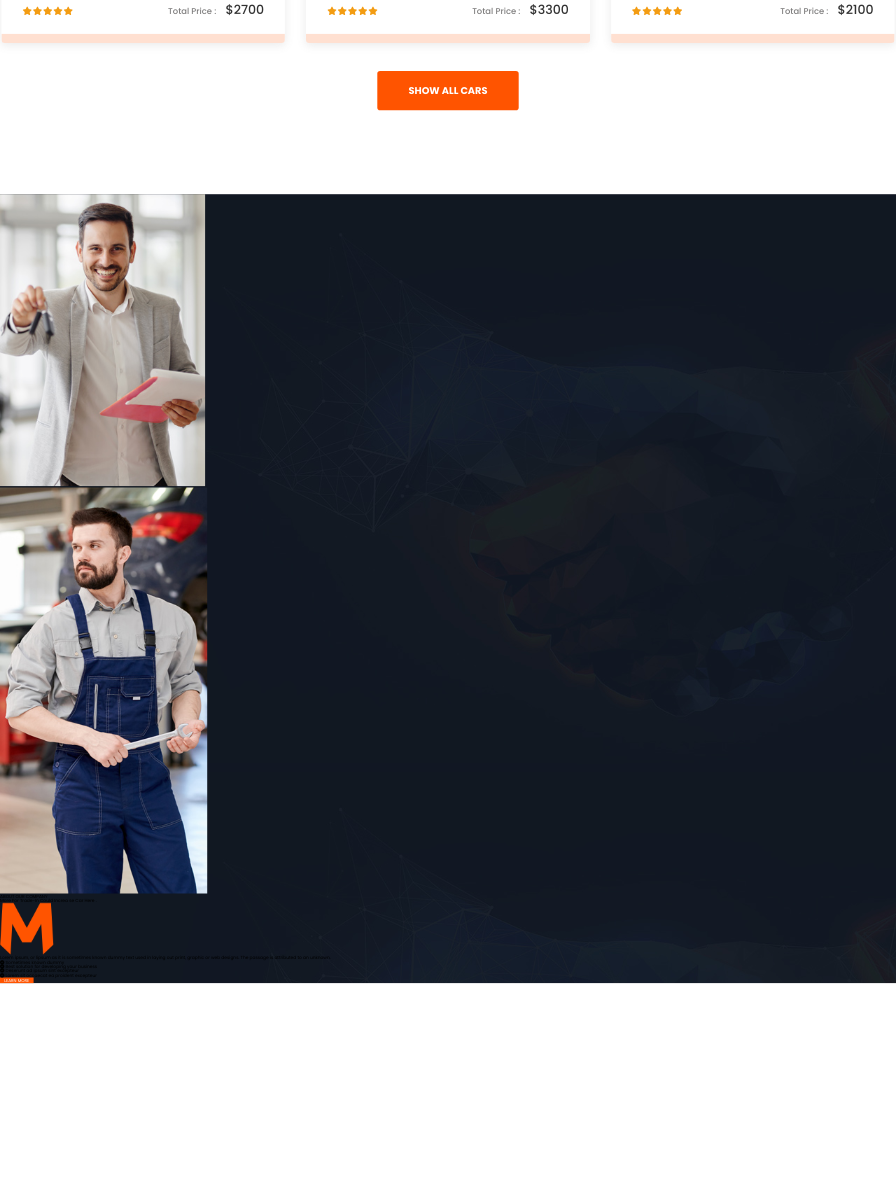
Repository: thanhdinh01/shopcar
Page: index.html
An editor plug-in stored every save of this project. The page is shown before and after the next save, followed by the edit.
The browser window is 1280 px wide. The pictures show the part of the page from y = 2659 to 4579 px (the page is 4363 px tall before and 4603 px after), at 70% of full size.
Some web libraries are served in a nearby version. The style sheet was rebuilt from its Sass, Less or Tailwind sources for each picture, by a compiler version that may differ from the author's.

Above is the page before, as saved 2022-08-17 20:41:35.

### index.html
<!DOCTYPE html>
<html lang="en">
  <head>
    <meta charset="UTF-8" />
    <meta http-equiv="X-UA-Compatible" content="IE=edge" />
    <meta name="viewport" content="width=device-width, initial-scale=1.0" />
    <title>Increase follower on social media</title>
    <link
      rel="stylesheet"
      href="https://cdnjs.cloudflare.com/ajax/libs/font-awesome/6.1.2/css/all.min.css"
      integrity="sha512-1sCRPdkRXhBV2PBLUdRb4tMg1w2YPf37qatUFeS7zlBy7jJI8Lf4VHwWfZZfpXtYSLy85pkm9GaYVYMfw5BC1A=="
      crossorigin="anonymous"
      referrerpolicy="no-referrer"
    />
    <link
      href="https://fonts.googleapis.com/css2?family=Poppins:wght@300;400;500;600;700;900&display=swap"
      rel="stylesheet"
    />
    <link rel="stylesheet" href="./css/style.css" />
  </head>

  <body>
    <div class="main">
      <!-- HEADER -->
      <header class="header">
        <div class="header-top">
          <div class="container">
            <div class="header-top-container dflex">
              <ul class="header-top-left">
                <li>
                  <i class="fa-regular fa-envelope"></i>
                  <p>thanhdinhduy@support.com</p>
                </li>
                <li>
                  <i class="fa-regular fa-clock"></i>
                  <p>10:00 AM To 5:00 PM</p>
                </li>
              </ul>
              <ul class="header-top-right">
                <li class="header-contact">
                  <a href="#"><i class="fa-brands fa-square-facebook"></i></a>
                  <a href="#"><i class="fa-brands fa-square-twitter"></i></a>
                  <a href="#"><i class="fa-brands fa-square-vimeo"></i></a>
                  <a href="#"><i class="fa-brands fa-linkedin"></i></a>
                </li>
                <li class="header-login">
                  <a href="#" class="login">
                    <i class="fa-regular fa-circle-user"></i> LOGIN
                  </a>
                  <a href="#" class="logup"> REGISTER </a>
                </li>
              </ul>
            </div>
          </div>
        </div>
        <div class="header-navigation">
          <div class="container p15 dflex">
            <div class="nav-logo">
              <a href="#" class="logo-link">
                <img
                  class="logo-header-img"
                  src="./images/header/logo.png"
                  alt="logo"
                />
              </a>
            </div>
            <div class="nav-total dflex">
              <ul class="nav-list dflex">
                <li class="nav-item active">
                  <a href="#">HOME</a>
                </li>
                <li class="nav-item">
                  <a href="#">INVENTORY </a>
                  <ul class="sub-list">
                    <li class="sub-item">
                      <a href="#">Inventory List</a>
                    </li>
                    <li class="sub-item">
                      <a href="#">Inventory Details</a>
                    </li>
                  </ul>
                </li>
                <li class="nav-item">
                  <a href="#">PAGES</a>
                  <ul class="sub-list">
                    <li class="sub-item">
                      <a href="#">About us</a>
                    </li>
                    <li class="sub-item">
                      <a href="#">Loan Calculator</a>
                    </li>
                    <li class="sub-item">
                      <a href="#">Login Page</a>
                    </li>
                  </ul>
                </li>
                <li class="nav-item">
                  <a href="#">BLOG</a>
                  <ul class="sub-list">
                    <li class="sub-item">
                      <a href="#">Our Blog</a>
                    </li>
                    <li class="sub-item">
                      <a href="#">Blog Details</a>
                    </li>
                  </ul>
                </li>
                <li class="nav-item">
                  <a href="#">DEALERS</a>
                </li>
                <li class="nav-item">
                  <a href="#">CONTACT</a>
                </li>
              </ul>
              <ul class="nav-interact dflex">
                <li class="cart">
                  <a href="#" class="cart-link">
                    <i class="fa-solid fa-basket-shopping"></i>
                  </a>
                  <div class="cart-quantity">4</div>
                  <div class="cart-wrap">
                    <div class="cart-top">
                      <div class="cart-item">
                        <a href="#" class="product-img">
                          <img
                            src="./images/latest-car/t_released_cars_thumb01.jpg"
                            alt=""
                          />
                        </a>
                        <div class="product-desc">
                          <a href="#" class="product-title"
                            >Mercedes-Benz GLE Coupe</a
                          >
                          <span class="product-price">$299</span>
                        </div>
                        <div class="delete-item">
                          <i class="fa-regular fa-trash-can"></i>
                        </div>
                      </div>
                      <div class="cart-item">
                        <a href="#" class="product-img">
                          <img
                            src="./images/latest-car/t_released_cars_thumb02.jpg"
                            alt=""
                          />
                        </a>
                        <div class="product-desc">
                          <a href="#" class="product-title">
                            Mercedes-Benz GLE Coupe
                          </a>
                          <span class="product-price">$299</span>
                        </div>
                        <div class="delete-item">
                          <i class="fa-regular fa-trash-can"></i>
                        </div>
                      </div>
                      <div class="cart-item">
                        <a href="#" class="product-img">
                          <img
                            src="./images/latest-car/t_released_cars_thumb03.jpg"
                            alt=""
                          />
                        </a>
                        <div class="product-desc">
                          <a href="#" class="product-title"
                            >Mercedes-Benz GLE Coupe Benz GLE Coupe</a
                          >
                          <span class="product-price">$299</span>
                        </div>
                        <div class="delete-item">
                          <i class="fa-regular fa-trash-can"></i>
                        </div>
                      </div>
                      <div class="cart-item">
                        <a href="#" class="product-img">
                          <img
                            src="./images/latest-car/t_released_cars_thumb04.jpg"
                            alt=""
                          />
                        </a>
                        <div class="product-desc">
                          <a href="#" class="product-title"
                            >Mercedes-Benz GLE Coupe</a
                          >
                          <span class="product-price">$299</span>
                        </div>
                        <div class="delete-item">
                          <i class="fa-regular fa-trash-can"></i>
                        </div>
                      </div>
                    </div>
                    <div class="cart-bottom">
                      <div class="cart-bottom-price">
                        <p>Total</p>
                        <span>$1000</span>
                      </div>
                      <div class="cart-bottom-buying">
                        <button class="button buy-now">SHOPPING CART</button>
                        <button class="button check-out">CHECK OUT</button>
                      </div>
                    </div>
                  </div>
                </li>
                <li class="quote">
                  <button class="button">GET A QUOTE</button>
                </li>
                <li class="search">
                  <i class="fa-solid fa-magnifying-glass search-toggle"></i>
                </li>
              </ul>
            </div>
          </div>
        </div>
        <div class="search-active">
          <input
            type="text"
            name=""
            id=""
            class="input-search"
            placeholder="Type here..."
          />
          <button class="search-icon">
            <i class="fa-solid fa-magnifying-glass"></i>
          </button>
        </div>
        <div class="header-main">
          <img src="./images/header/slider_content_icon.png" alt="" />
          <p class="mission">
            <i class="fa-solid fa-circle"></i>
            YOUR TRUST OUR ASSET
            <i class="fa-solid fa-circle"></i>
          </p>
          <h1 class="heading">FIND PERFECT CAR</h1>
          <p class="title">
            A car dealership, or vehicle local distribution, is a business
          </p>
          <button class="button button-header">FIND IT NOW</button>
        </div>
        <div class="header-selection">
          <div class="container-normal">
            <ul class="select-list">
              <li class="select-item">
                <div class="dropdown-select">
                  <span class="text-selected">Select Model</span>
                  <i class="fa-solid fa-angle-down"></i>
                </div>
                <ul class="dropdown-list">
                  <li class="dropdown-item">
                    <span class="dropdown-text">Select Model</span>
                  </li>
                  <li class="dropdown-item">
                    <span class="dropdown-text">Mercedes-Benz</span>
                  </li>
                  <li class="dropdown-item">
                    <span class="dropdown-text">Volkswagen</span>
                  </li>
                  <li class="dropdown-item">
                    <span class="dropdown-text">Aston-Martin</span>
                  </li>
                  <li class="dropdown-item">
                    <span class="dropdown-text">Lamboghini</span>
                  </li>
                  <li class="dropdown-item">
                    <span class="dropdown-text">Koenigsegg</span>
                  </li>
                </ul>
              </li>
              <li class="select-item">
                <div class="dropdown-select">
                  <span class="text-selected">Select Model</span>
                  <i class="fa-solid fa-angle-down"></i>
                </div>
                <ul class="dropdown-list">
                  <li class="dropdown-item">
                    <span class="dropdown-text"> Select Model</span>
                  </li>
                  <li class="dropdown-item">
                    <span class="dropdown-text">Volkswagen SC20</span>
                  </li>
                  <li class="dropdown-item">
                    <span class="dropdown-text">Honda CBR9</span>
                  </li>
                  <li class="dropdown-item">
                    <span class="dropdown-text">Aston K3518</span>
                  </li>
                  <li class="dropdown-item">
                    <span class="dropdown-text">BMW SC20</span>
                  </li>
                  <li class="dropdown-item">
                    <span class="dropdown-text">Toyota 186LM</span>
                  </li>
                </ul>
              </li>
              <li class="select-item">
                <div class="dropdown-select">
                  <span class="text-selected">Select Model</span>
                  <i class="fa-solid fa-angle-down"></i>
                </div>
                <ul class="dropdown-list">
                  <li class="dropdown-item">
                    <span class="dropdown-text">Select Model</span>
                  </li>
                  <li class="dropdown-item">
                    <span class="dropdown-text">SORN Status</span>
                  </li>
                  <li class="dropdown-item">
                    <span class="dropdown-text">Fuel Type</span>
                  </li>
                  <li class="dropdown-item">
                    <span class="dropdown-text">Last Log Book</span>
                  </li>
                  <li class="dropdown-item">
                    <span class="dropdown-text">MOT Expires</span>
                  </li>
                  <li class="dropdown-item">
                    <span class="dropdown-text">Vehicle TAX</span>
                  </li>
                </ul>
              </li>
              <li class="select-item">
                <div class="dropdown-select">
                  <span class="text-selected">Select Model</span>
                  <i class="fa-solid fa-angle-down"></i>
                </div>
                <ul class="dropdown-list">
                  <li class="dropdown-item">
                    <span class="dropdown-text">Select Model</span>
                  </li>
                  <li class="dropdown-item">
                    <span class="dropdown-text">BMW 7 Series</span>
                  </li>
                  <li class="dropdown-item">
                    <span class="dropdown-text">Mercedes-Benz</span>
                  </li>
                  <li class="dropdown-item">
                    <span class="dropdown-text">Volkswagen</span>
                  </li>
                  <li class="dropdown-item">
                    <span class="dropdown-text">Aston-Martin</span>
                  </li>
                  <li class="dropdown-item">
                    <span class="dropdown-text">Lamboghini</span>
                  </li>
                  <li class="dropdown-item">
                    <span class="dropdown-text">Koenigsegg</span>
                  </li>
                </ul>
              </li>
              <button class="button select-car">SELECT VEHICLE</button>
            </ul>
          </div>
        </div>
      </header>
      <!-- Features area -->
      <div class="features-area">
        <div class="container-normal">
          <div class="features-container dflex">
            <div class="features-item">
              <div class="features-img">
                <img src="./images/featured/features-icon.png" alt="" />
              </div>
              <h3 class="features-title">Dealership Points</h3>
              <p class="features-desc">
                Placlder text commonly is used detrate theys visual consectetur
                ading elitmod use
              </p>
            </div>
            <div class="features-item">
              <div class="features-img">
                <img src="./images/featured/h3_features_icon02.png" alt="" />
              </div>
              <h3 class="features-title">Trusted by clients</h3>
              <p class="features-desc">
                Placlder text commonly is used detrate theys visual consectetur
                ading elitmod use
              </p>
            </div>
            <div class="features-item">
              <div class="features-img">
                <img src="./images/featured/h3_features_icon03.png" alt="" />
              </div>
              <h3 class="features-title">We are your location</h3>
              <p class="features-desc">
                Placlder text commonly is used detrate theys visual consectetur
                ading elitmod use
              </p>
            </div>
            <div class="features-item">
              <div class="features-img">
                <img src="./images/featured/h3_features_icon04.png" alt="" />
              </div>
              <h3 class="features-title">Easy Financing</h3>
              <p class="features-desc">
                Placlder text commonly is used detrate theys visual consectetur
                ading elitmod use
              </p>
            </div>
          </div>
        </div>
      </div>
      <!-- Release cars -->
      <div class="release-cars">
        <div class="container-normal">
          <div class="release-car-container">
            <div class="release-title">
              <div class="title-blur">All Seller</div>
              <span>OUR FEATURED CARS</span>
              <h2>Latest Released Cars</h2>
            </div>
            <div class="menu-car">
              <div class="menu-control">
                <button class="button btn-menu-car active" data-type="all">
                  ALL SELLER
                </button>
                <button class="button btn-menu-car" data-type="newcar">
                  NEW CARS
                </button>
                <button class="button btn-menu-car" data-type="usedcar">
                  USED CARS
                </button>
              </div>
              <ul class="car-list"></ul>
            </div>
          </div>
          <div class="car-show-btn">
            <button class="button">SHOW ALL CARS</button>
          </div>
        </div>
      </div>
      <!-- About area -->
      <div class="about-area">
        <div class="about-area-img">
          <div class="img-item">
            <img src="./images/about-company/about_img01.jpg" alt="" />
          </div>
          <div class="img-item">
            <img src="./images/about-company/about_img02.jpg" alt="" />
          </div>
        </div>
        <div class="about-area-container">
          <div class="about-content">
            <div class="about-heading">
              <p>ABOUT OUR COMPANY</p>
              <h2>More For Trade-In Could Increa se Car Here <span>.</span></h2>
            </div>
            <div class="about-desc">
              <img src="./images/about-company/m.png" alt="" />
              <p>
                Lorem ipsum, or lipsum as it is sometimes known dummy text used
                in laying out print, graphic or web designs. The passage is
                attributed to an unknown.
              </p>
            </div>
            <ul class="about-list">
              <li class="list-item">
                <i class="fa-solid fa-circle-check"></i>
                Sometimes known dummy
              </li>
              <li class="list-item">
                <i class="fa-solid fa-circle-check"></i>
                Best solution for developing your business
              </li>
              <li class="list-item">
                <i class="fa-solid fa-circle-check"></i>
                Deserunt ad ipsum sint excepteur
              </li>
              <li class="list-item">
                <i class="fa-solid fa-circle-check"></i>
                Lorem sit occaecat ea proident excepteur
              </li>
            </ul>
            <button class="button btn-about-area">LEARN MORE</button>
          </div>
        </div>
      </div>
    </div>
    <!-- javasript -->
    <script src="./js/app.js"></script>
    <!-- modal -->
  </body>
</html>

### css/style.scss
@import "reset";
@import "animation";
@import "variables";
@import "global";
@import "modal";
@import "header";
@import "features-area";
@import "release-car";
@import "about-area";

### css/_animation.scss
@keyframes fadeInUp {
  0% {
    opacity: 0;
    transform: translateY(20px);
  }
  100% {
    opacity: 1;
    transform: translateY(0);
  }
}
@keyframes opacityUp {
  0% {
    opacity: 0;
    transform: translateY(-20px);
  }
  100% {
    opacity: 1;
    transform: translateY(0);
  }
}
@keyframes fadeIn {
  0% {
    opacity: 0;
  }
  100% {
    opacity: 1;
  }
}
@keyframes fadeInModal {
  0% {
    opacity: 0;
    transform: translateY(-300px);
  }
  100% {
    opacity: 1;
    transform: translateY(0);
  }
}

@keyframes shine {
  100% {
    left: 125%;
  }
}
@keyframes scaleUp {
  0% {
    opacity: 0;
    transform: scale(0.4);
  }
  100% {
    opacity: 1;
    transform: scale(1);
  }
}

### css/_variables.scss
$primaryColor: #ff5400;
$blackColor: #000;
$whiteColor: #fff;
$textColor: #9c9c9c;

### css/_global.scss
body,
*,
html {
  font-family: "Poppins", sans-serif;
  font-size: 62.5%;
  box-sizing: border-box;
}
body {
  margin-bottom: 300px;
}
.container {
  width: 1440px;
  max-width: 100%;
  margin: 0 auto;
}
.container-normal {
  width: 1276px;
  max-width: 100%;
  margin: 0 auto;
}
.dflex {
  display: flex;
  justify-content: space-between;
  align-items: center;
}

.button {
  display: flex;
  justify-content: center;
  align-items: center;
  outline: none;
  border: none;
  color: $whiteColor;
  background-color: $primaryColor;
  line-height: 1;
  cursor: pointer;
}

.p15 {
  padding: 0 15px;
}

### css/_features-area.scss
.features-area {
  background-color: #f7f7f7;
  padding: 120px 0 90px;
  .features-container {
    gap: 0 30px;
    .features-item {
      background-color: $whiteColor;
      box-shadow: 0px 5px 14.88px 1.12px rgb(157 157 157 / 15%);
      border-radius: 4px;
      padding: 55px 30px;
      display: flex;
      flex-direction: column;
      align-items: center;

      .features-img {
        margin-bottom: 25px;
        img {
          object-fit: contain;
          transform: rotateY(0deg);
          transition: 0.5s linear;
        }
      }
      &:hover img {
        transform: rotateY(360deg);
      }
      .features-title {
        font-size: 1.8rem;
        margin-bottom: 12px;
        font-weight: 700;
      }
      .features-desc {
        text-align: center;
        color: #9c9c9c;
        font-size: 1.4rem;
        font-weight: 400;
        line-height: 1.7;
      }
    }
  }
}

### css/_about-area.scss
.about-area {
  background-image: url("../images/about-company/about_bg.jpg");
}

Loaded but not shown: css/_reset.scss (common file); js/app.js (430 lines, source omitted); css/_header.scss (516 lines, source omitted); css/_release-car.scss (255 lines, source omitted); css/_modal.scss (170 lines, source omitted)

After the next save:
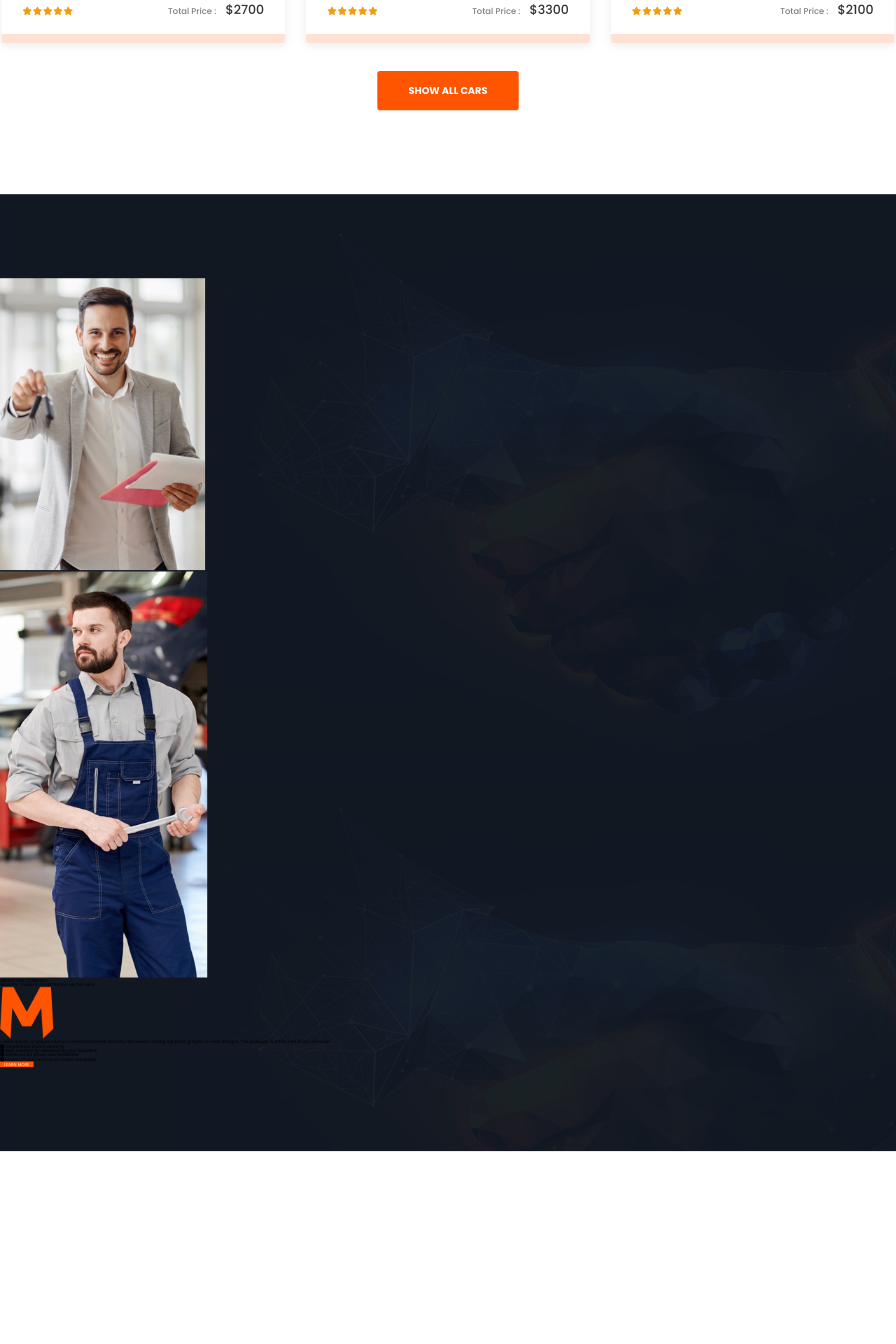
Saved 37 s later.
--- a/css/_about-area.scss
+++ b/css/_about-area.scss
@@ -1,3 +1,4 @@
 .about-area {
   background-image: url("../images/about-company/about_bg.jpg");
+  padding: 120px 0;
 }
